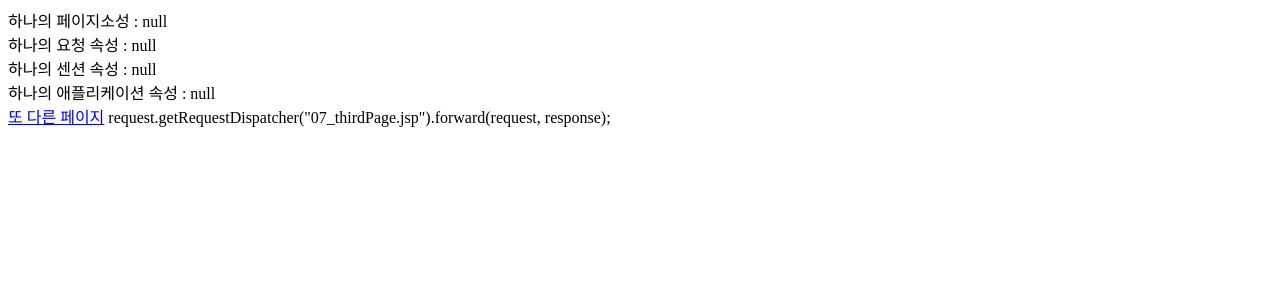
Repository: sinaboro/JSP201310
Page: http://localhost/web-study-04/07_secondPage.jsp
The author's editor kept a copy of each file at every save. The page is drawn from the files as they stood at one save, then again after the next save.
The browser window is 1280 px wide. The pictures show the whole page.
The page is served by Tomcat 9. The template is opened directly, without the code that normally fills it, so the values that code supplies are empty.

Above is the page before, as saved 2023-10-11 03:54:40.

After the next save:
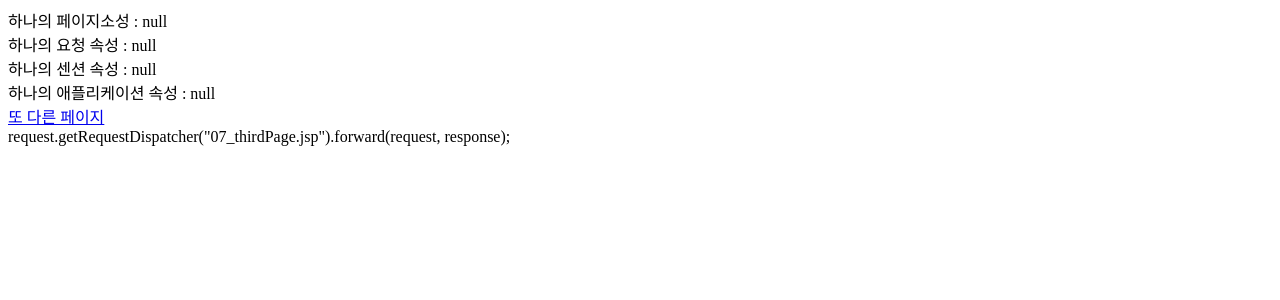
Saved 18 s later.
--- a/web-study-04/src/main/webapp/07_secondPage.jsp
+++ b/web-study-04/src/main/webapp/07_secondPage.jsp
@@ -13,7 +13,7 @@
 하나의 센션 속성 : <%=session.getAttribute("name") %><br>
 하나의 애플리케이션 속성 : <%=application.getAttribute("name") %><br>
 
-<a href="07_thirdPage.jsp">또 다른 페이지</a>
+<a href="07_thirdPage.jsp">또 다른 페이지</a><br>
 request.getRequestDispatcher("07_thirdPage.jsp").forward(request, response);
 
 </body>
